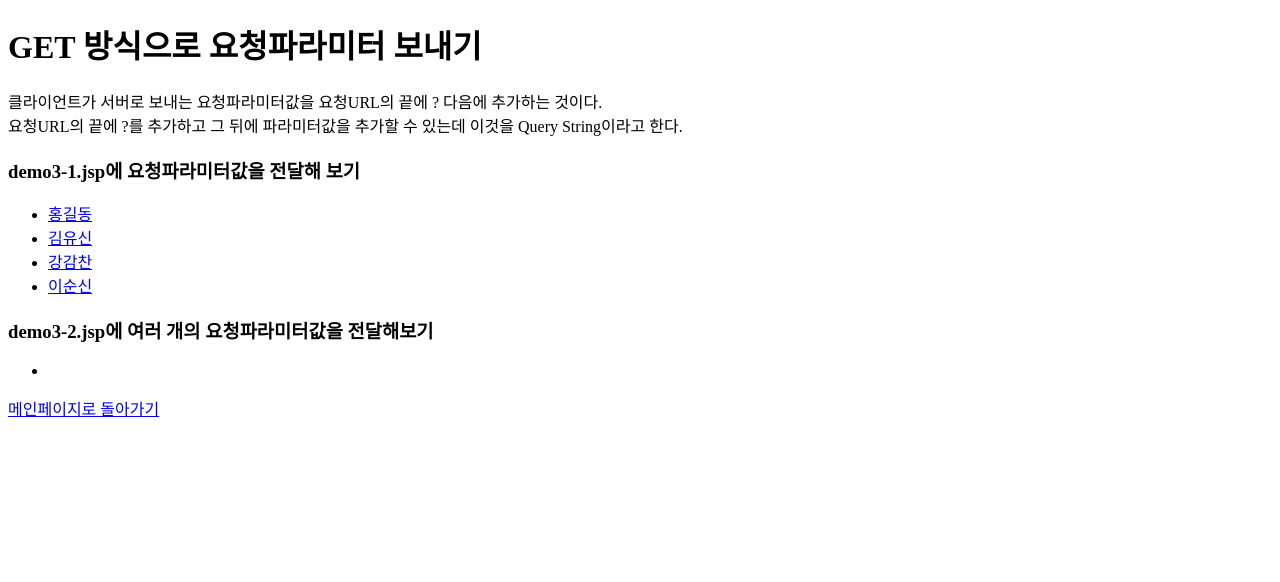
Repository: onuo77/ja_HTA
Page: http://localhost/sample/req/demo3.jsp
These files come from the project's save history. The page is drawn as it stood at one moment and after the next save; the edit follows.
The browser window is 1280 px wide. The pictures show the whole page.
The page is served by Tomcat 9.

Above is the page before, as saved 2021-05-20 03:13:57.

After the next save:
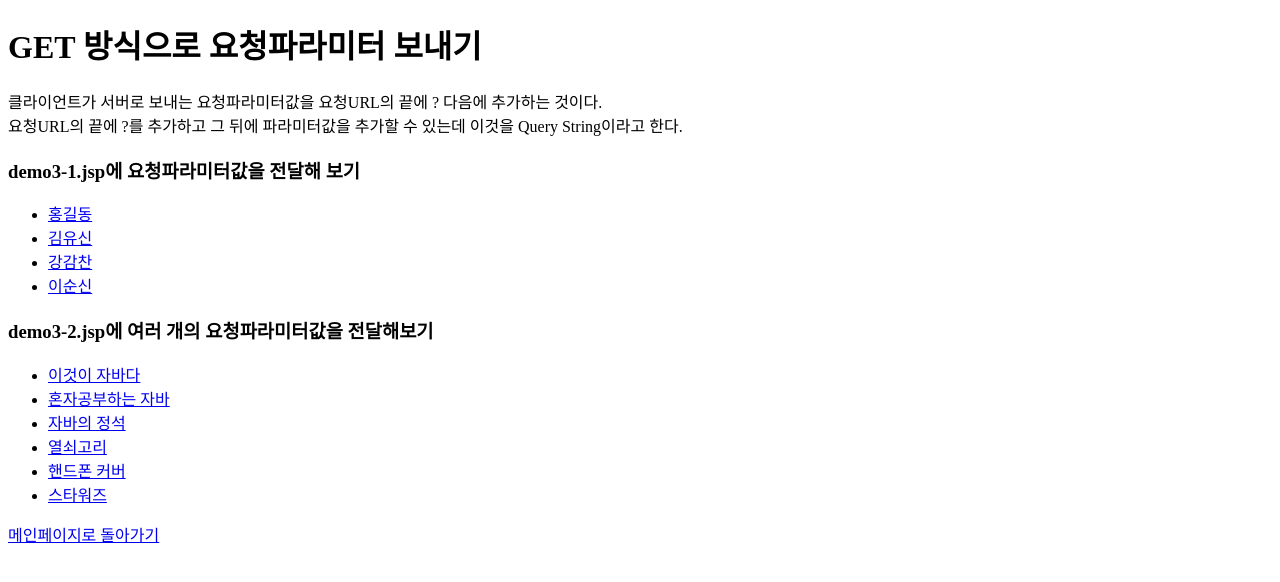
Saved 3 min 42 s later.
--- a/java-web/sample/src/main/webapp/req/demo3.jsp
+++ b/java-web/sample/src/main/webapp/req/demo3.jsp
@@ -23,7 +23,12 @@
 
 	<h3>demo3-2.jsp에 여러 개의 요청파라미터값을 전달해보기</h3>
 	<ul>
-		<li><a href=""></a></li>
+		<li><a href="demo3-2.jsp?category=book&no=1000">이것이 자바다</a></li>
+		<li><a href="demo3-2.jsp?category=book&no=1011">혼자공부하는 자바</a></li>
+		<li><a href="demo3-2.jsp?category=book&no=1024">자바의 정석</a></li>
+		<li><a href="demo3-2.jsp?category=gift&no=2004">열쇠고리</a></li>
+		<li><a href="demo3-2.jsp?category=gift&no=2101">핸드폰 커버</a></li>
+		<li><a href="demo3-2.jsp?category=movie&no=1000">스타워즈</a></li>
 	</ul>
 
 	<p><a href="main.jsp">메인페이지로 돌아가기</a></p>
